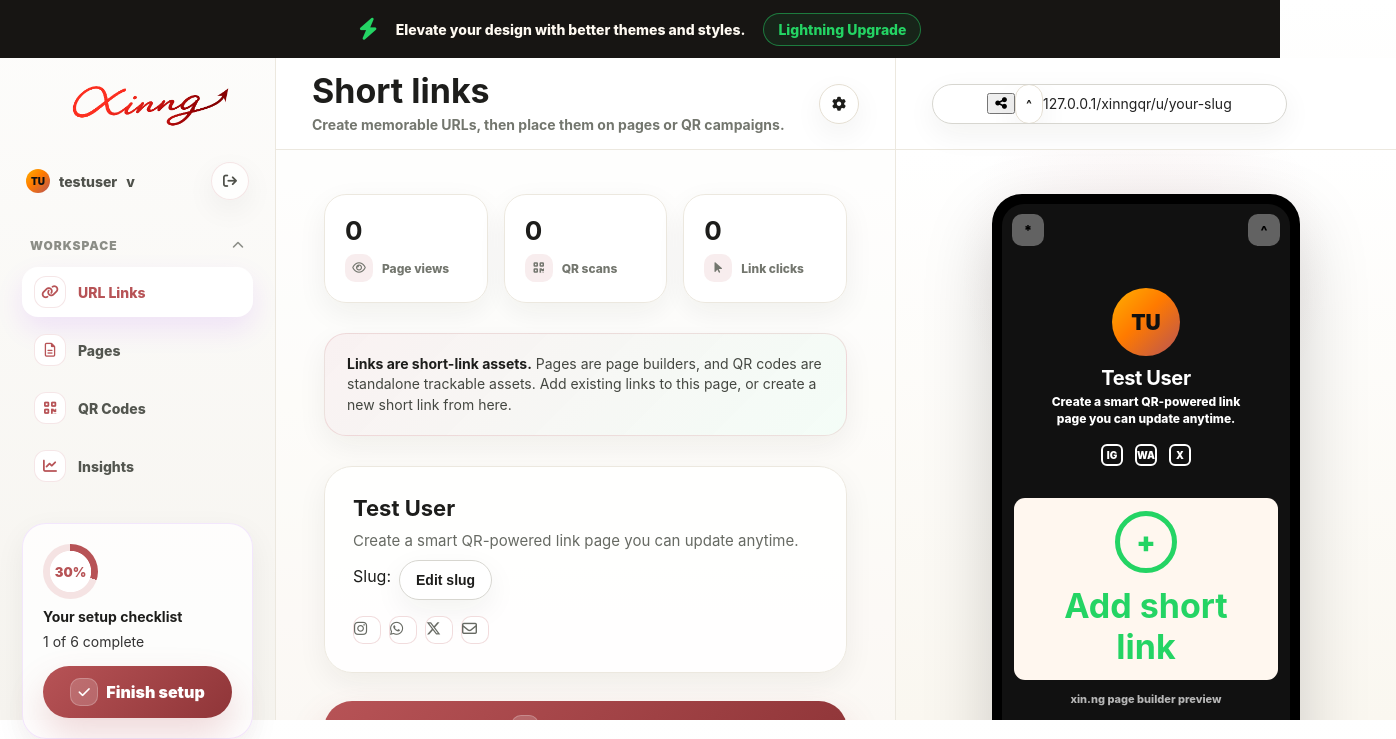
Repository: AyendiSimeon1/xinngqr
Page: http://localhost/xinngqr/dashboard.php
The author's editor kept a copy of each file at every save. The page is drawn from the files as they stood at one save, then again after the next save.
The browser window is 1280 px wide. The page is 1396 px wide, so the pictures cover 1396 px, including what lies to the right of the window. The pictures show the whole page.
An inner scrolling area shows only its first screen. The page is run by PHP 8.4 with error messages shown; the project is at /var/www/html/. The session is filled in as if someone had signed in: {"user_id": 1, "user_name": "Test User"}. Queries for data that is not in the repository find no rows.

Above is the page before, as saved 2026-06-20 06:34:49.

After the next save:
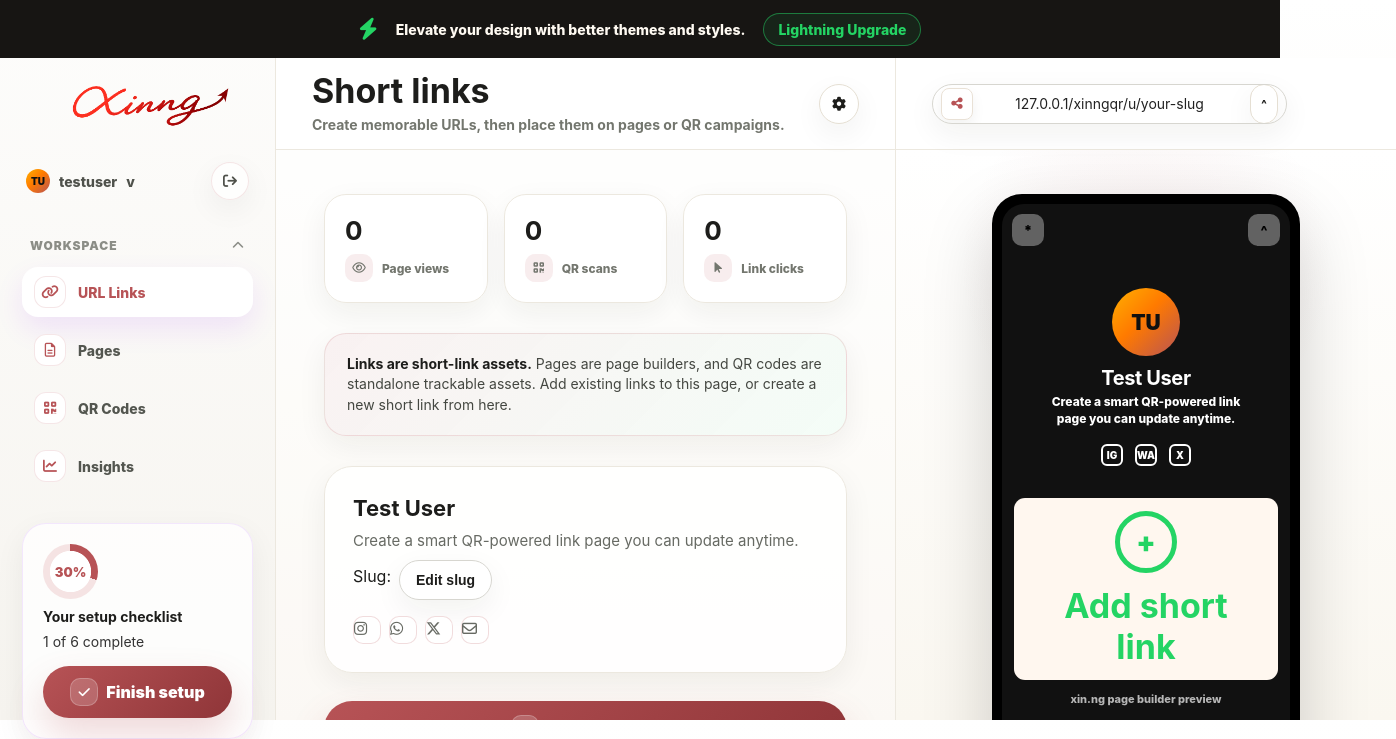
Saved 13 s later.
--- a/assets/dashboard.css
+++ b/assets/dashboard.css
@@ -703,7 +703,8 @@
       display: flex;
       align-items: center;
       justify-content: center;
-      padding: 0 18px;
+      padding: 0 48px;
+      position: relative;
       border: 1px solid #d7d6d0;
       border-radius: 999px;
       color: #222;
@@ -713,6 +714,51 @@
       text-overflow: ellipsis;
       background: #fff;
       box-shadow: var(--soft-shadow);
+    }
+
+    .url-pill .pill-share {
+      position: absolute;
+      left: 8px;
+      top: 50%;
+      transform: translateY(-50%);
+      width: 32px;
+      height: 32px;
+      display: inline-flex;
+      align-items: center;
+      justify-content: center;
+      border-radius: 8px;
+      background: #fff;
+      color: var(--brand-red);
+      border: 1px solid #e9e1d6;
+      box-shadow: 0 6px 14px rgba(39,31,18,.06);
+      cursor: pointer;
+      font-size: 13px;
+    }
+
+    .url-pill .label-icon {
+      position: absolute;
+      right: 8px;
+      top: 50%;
+      transform: translateY(-50%);
+      width: 28px;
+      height: 28px;
+      display: inline-flex;
+      align-items: center;
+      justify-content: center;
+      border-radius: 8px;
+      background: rgba(183,83,86,.10);
+      color: var(--brand-red);
+    }
+
+    .url-pill .url-text {
+      position: absolute;
+      left: 50%;
+      transform: translateX(-50%);
+      max-width: calc(100% - 120px);
+      text-align: center;
+      overflow: hidden;
+      text-overflow: ellipsis;
+      white-space: nowrap;
     }
 
 
